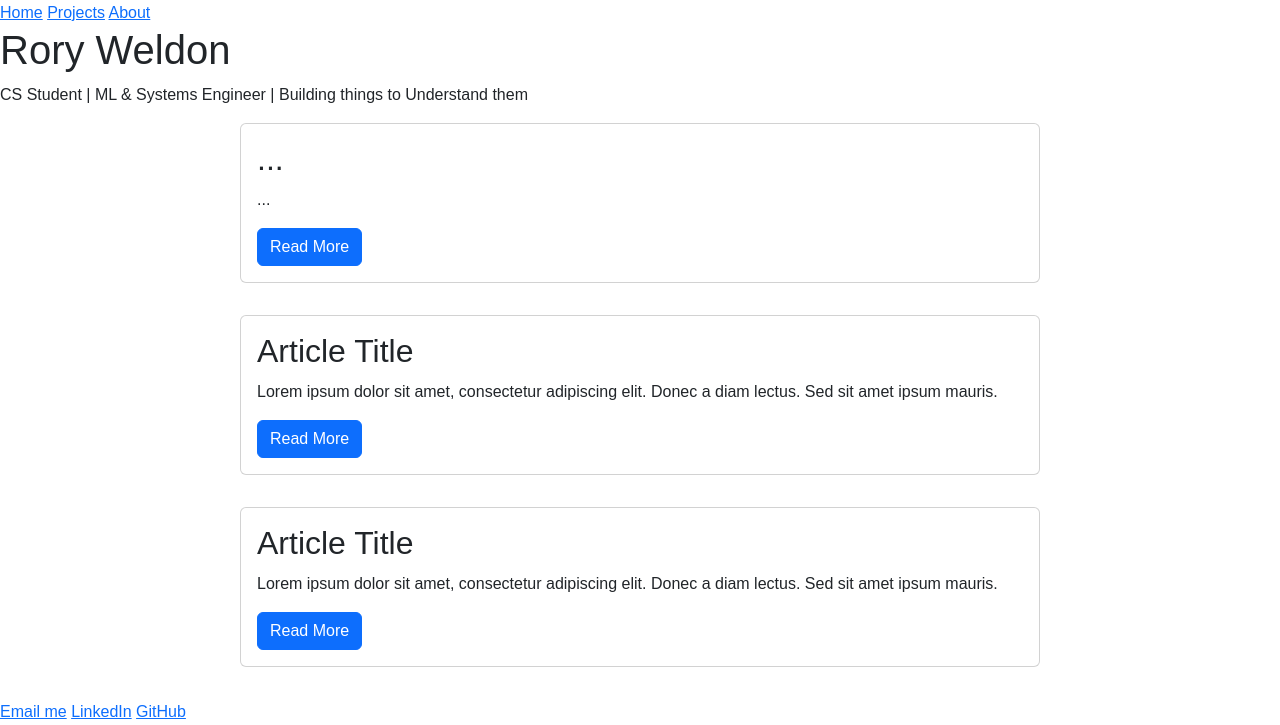
Repository: Art3misF0wl90/Portfolio
Page: index.html
An editor plug-in stored every save of this project. The page is shown before and after the next save, followed by the edit.
The browser window is 1280 px wide. The pictures show the whole page.

Above is the page before, as saved 2026-06-17 19:05:55.

### index.html
<!doctype html>
<html lang="en">
  <!-- This is a simple portfolio website for Rory Weldon, a CS student with interests in ML and systems engineering. The website includes a navigation bar, header, main content area with project teasers, and a footer with contact information. -->
  <head>
    <meta charset="UTF-8" />
    <meta name="viewport" content="width=device-width, initial-scale=1.0" />
    <title>Rory Weldon - Portfolio</title>
    <link
      href="https://cdn.jsdelivr.net/npm/bootstrap@5.3.8/dist/css/bootstrap.min.css"
      rel="stylesheet"
      integrity="sha384-sRIl4kxILFvY47J16cr9ZwB07vP4J8+LH7qKQnuqkuIAvNWLzeN8tE5YBujZqJLB"
      crossorigin="anonymous"
    />
    <link rel="stylesheet" href="style.css" />
  </head>
  <!-- this is the main content area -->
  <body>
    <!-- Navigation bar -->
    <nav>
      <a href="index.html">Home</a>
      <a href="projects.html">Projects</a>
      <a href="about.html">About</a>
    </nav>

    <!-- Header content -->
    <header>
      <h1>Rory Weldon</h1>
      <p>
        CS Student | ML & Systems Engineer | Building things to Understand them
      </p>
    </header>

    <main>
      <!-- Main content - Teasers for projects-->
      <article class="card">
        <div class="card-body">
          <!-- provides internal padding -->
          <h2 class="card-title">...</h2>
          <p class="card-text">...</p>
          <a href="..." class="btn btn-primary">Read More</a>
        </div>
      </article>

      <article class="card">
        <div class="card-body">
          <h2 class="card-title">Article Title</h2>
          <p class="card-text">
            Lorem ipsum dolor sit amet, consectetur adipiscing elit. Donec a
            diam lectus. Sed sit amet ipsum mauris.
          </p>
          <a href="..." class="btn btn-primary">Read More</a>
        </div>
      </article>
      <!-- Add more articles as needed -->
      <article class="card">
        <div class="card-body">
          <!-- This is a placeholder article. Replace with actual project teasers. -->
          <h2 class="card-title">Article Title</h2>
          <p class="card-text">
            Lorem ipsum dolor sit amet, consectetur adipiscing elit. Donec a
            diam lectus. Sed sit amet ipsum mauris.
          </p>
          <!-- The "Read More" button can link to a detailed project page or modal -->
          <a href="..." class="btn btn-primary">Read More</a>
        </div>
      </article>
    </main>
    <!-- Footer content -->
    <footer>
      <a href="mailto:lweldon2@students.kennesaw.edu">Email me</a>
      <a href="https://www.linkedin.com/in/rory-weldon-5829ab297/">LinkedIn</a>
      <a href="https://github.com/Art3misF0wl90">GitHub</a>
    </footer>
  </body>
</html>

### style.css
body {
  font-family: sans-serif;
  /* resetting the browser's default page margin */
  margin: 0;
  line-height: 1.6;
}

main {
  /*caps line length so text stays readable on wide screens*/
  max-width: 800px;
  /*auto L/R margins center the fixed-width block*/
  margin: 0 auto;
}

article {
  /*space between teasers - em = relative to font size*/
  margin-bottom: 2em;
}

After the next save:
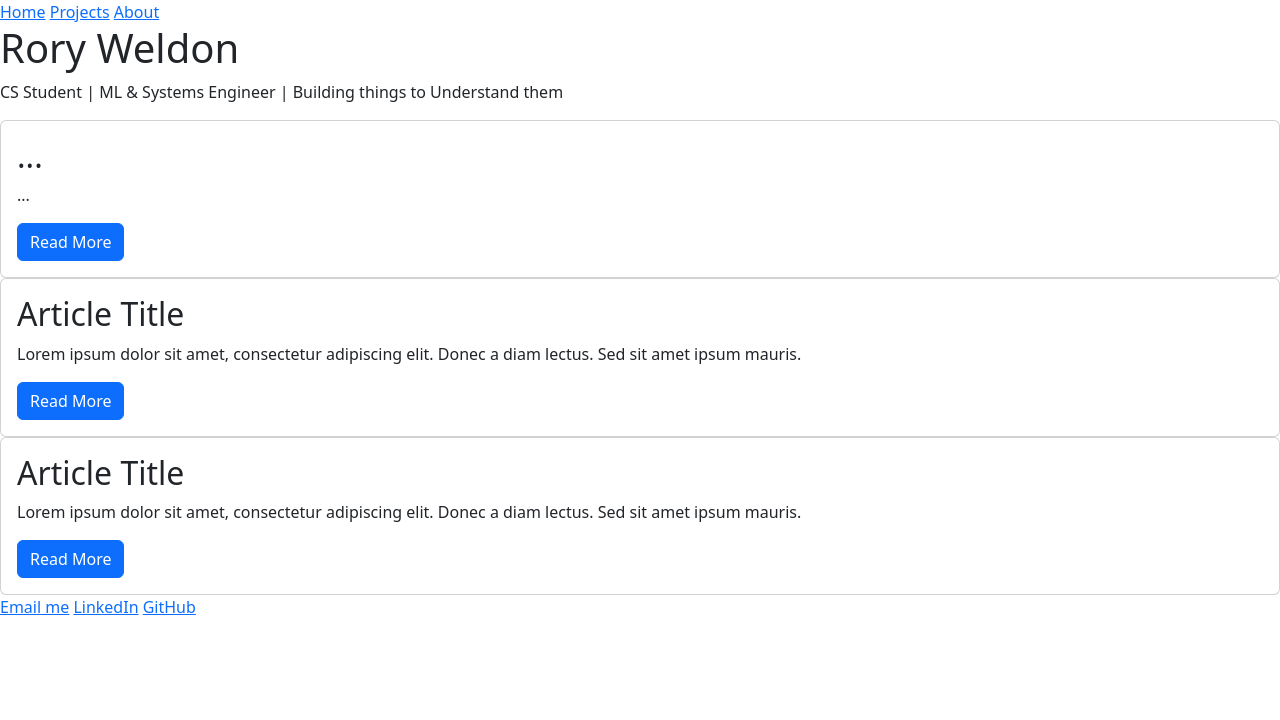
Saved 5 min 0 s later.
--- a/index.html
+++ b/index.html
@@ -11,7 +11,6 @@
       integrity="sha384-sRIl4kxILFvY47J16cr9ZwB07vP4J8+LH7qKQnuqkuIAvNWLzeN8tE5YBujZqJLB"
       crossorigin="anonymous"
     />
-    <link rel="stylesheet" href="style.css" />
   </head>
   <!-- this is the main content area -->
   <body>

After the 3 saves that followed:
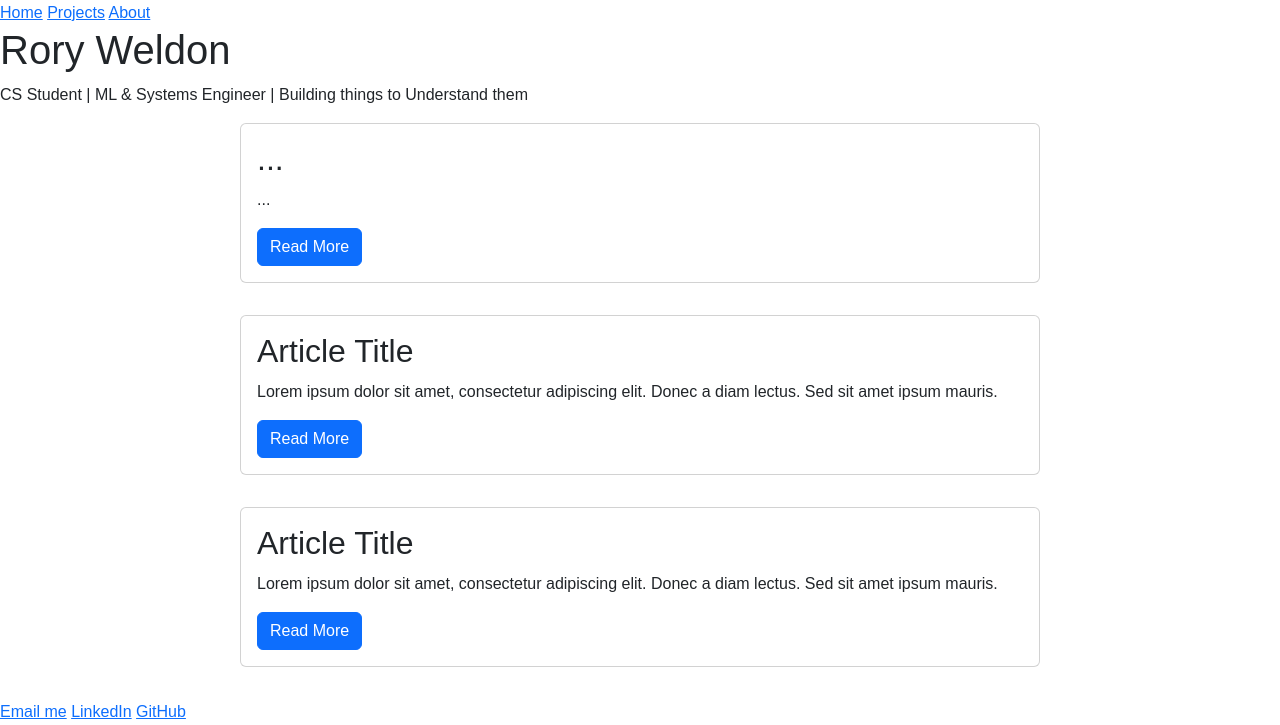
The 3 saves are shown as one change because they came seconds apart.
The last was saved 15 s later.
--- a/index.html
+++ b/index.html
@@ -11,6 +11,7 @@
       integrity="sha384-sRIl4kxILFvY47J16cr9ZwB07vP4J8+LH7qKQnuqkuIAvNWLzeN8tE5YBujZqJLB"
       crossorigin="anonymous"
     />
+    <link rel="stylesheet" href="style.css" />
   </head>
   <!-- this is the main content area -->
   <body>
